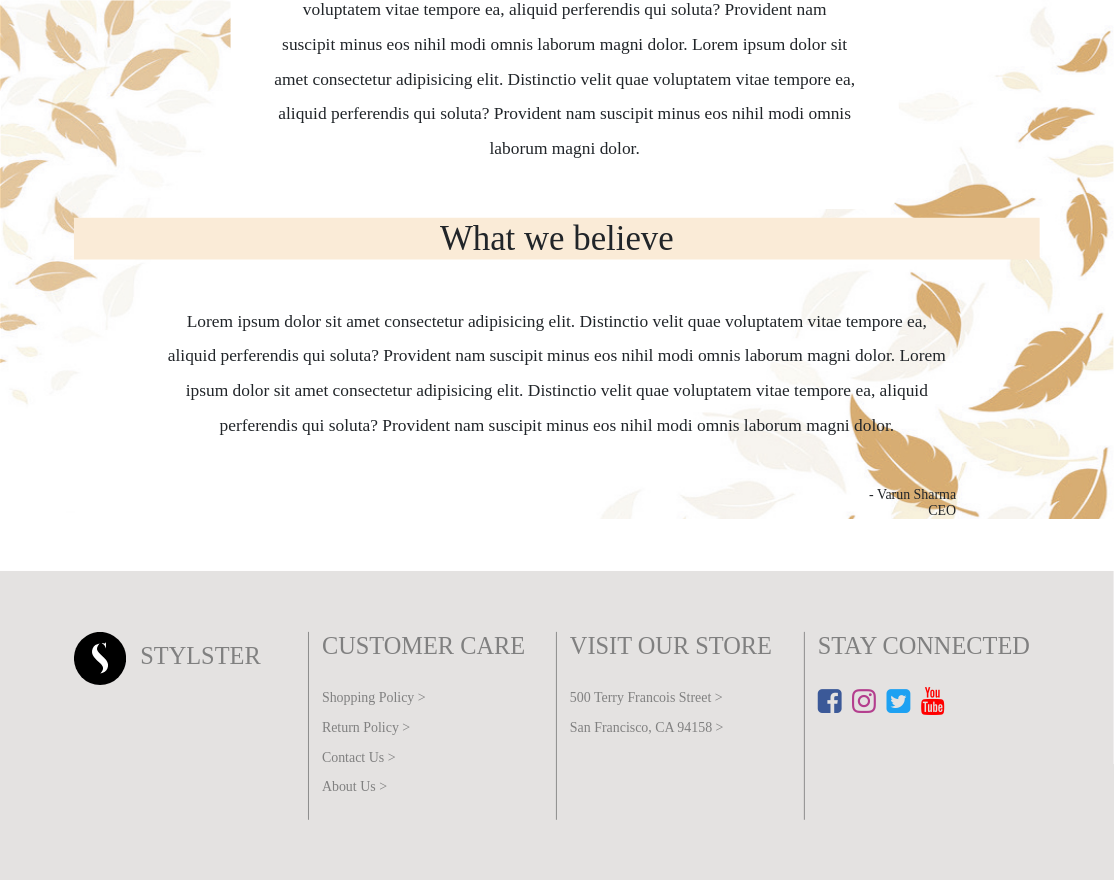
Repository: Lovekr/stylester
Page: stylster_frontend_design/career.html
An editor plug-in stored every save of this project. The page is shown before and after the next save, followed by the edit.
The browser window is 1280 px wide. The pictures show the part of the page from y = 875 to 2127 px (the page is 1887 px tall before and 2127 px after), at 87% of full size.
Some web fonts or font styles are not loaded; a fallback is used.

Above is the page before, as saved 2020-02-26 17:37:21.

### stylster_frontend_design/career.html
<!DOCTYPE html>
<html lang="en">
<head>
    <meta charset="UTF-8">
    <meta name="viewport" content="width=device-width, initial-scale=1.0">
    <link rel="stylesheet" href="https://stackpath.bootstrapcdn.com/bootstrap/4.4.1/css/bootstrap.min.css" >
     <link rel="stylesheet" href="./css/owl.carousel.css">
     <link rel="stylesheet" href="./css//owl.theme.default.min.css">
     <link rel="stylesheet" href="https://cdnjs.cloudflare.com/ajax/libs/font-awesome/4.7.0/css/font-awesome.min.css">
    <link rel="stylesheet" href="./css/career.css">

    <title>STYLSTER</title>
</head>
<body>


  <div id="navbar">
    <nav class="navbar navbar-expand-lg navbar-light">
        <img class="pr-3"
        src="./asset/stylster logo1-01.svg"><a class="navbar-brand" href="#">STYLSTER</a>

      <button class="navbar-toggler" type="button" data-toggle="collapse" data-target="#navbarSupportedContent" aria-controls="navbarSupportedContent" aria-expanded="false" aria-label="Toggle navigation">
        <span class="navbar-toggler-icon"></span>
    </button>
        <div class="collapse navbar-collapse" id="navbarSupportedContent">
          <input type="text" placeholder="e.g. T-shirt, Top ...">
          <div class="navbar-manu-inside">
            <a href="#">MEN</a>
            <a href="#">WOMEN</a>
            <a href="#">DEALS</a>
            <a href="#">STYLE PICK</a>
            <a href="#">BLOGGER NETWORK</a>
            <a href="#">ABOUT</a>
          </div>
          <div class="displaynone1000">
            <div>
                <i class="fa fa-facebook-square"></i>
                <i class="fa fa-instagram"></i>
                <i class="fa fa-pinterest-square"></i>
                <i class="fa fa-youtube"></i>
              </div>
              <div class="flexIcon">
                <i class="fa fa-heart border border-dark"></i>
                    <i class="fa fa-user border border-dark"></i>
              </div>
          </div>
        </div>

    </nav>
    <div class="navbar-manu">
      <a href="#">MEN</a>
      <a href="#">WOMEN</a>
      <a href="#">DEALS</a>
      <a href="#">STYLE PICK</a>
      <a href="#">BLOGGER NETWORK</a>
      <a href="#">ABOUT</a>
    </div>
</div>
<div class="container mt-5 interested text-center">
  <div class="flex1">
       <h4 class="mr-3 pb-2">I'm Interested in </h4>
       <select class="mr-3 mb-2 form-control" id="exampleFormControlSelect1">
           <option>Choose your category </option>
           <option>2</option>
           <option>3</option>
           <option>4</option>
           <option>5</option>
       </select>
       <div>
           <button type="button" class="btn">GO</button>
       </div>
  </div>
</div>
    <div class="main-header bgOffice">
        <h1 class="career-header">Join Stylster...</h1>
    </div>


     <div class="container-fluid backgroundimg">
           <div class="career-sub-text">
                <p >Lorem ipsum dolor sit amet consectetur adipisicing elit. Distinctio velit quae voluptatem vitae tempore ea, aliquid perferendis qui soluta? Provident nam suscipit minus eos nihil modi omnis laborum magni dolor. Lorem ipsum dolor sit amet consectetur adipisicing elit. Distinctio velit quae voluptatem vitae tempore ea, aliquid perferendis qui soluta? Provident nam suscipit minus eos nihil modi omnis laborum magni dolor.</p>
            </div>
            <div class="text-center career-head-believe container">
                <h1>What we believe</h1>
                <p>Lorem ipsum dolor sit amet consectetur adipisicing elit. Distinctio velit quae voluptatem vitae tempore ea, aliquid perferendis qui soluta? Provident nam suscipit minus eos nihil modi omnis laborum magni dolor. Lorem ipsum dolor sit amet consectetur adipisicing elit. Distinctio velit quae voluptatem vitae tempore ea, aliquid perferendis qui soluta? Provident nam suscipit minus eos nihil modi omnis laborum magni dolor.</p>
               <div class="text-right mr-5 pr-5">
                <h6>- Varun Sharma </h6>
                <h6 class="">CEO</h6>
               </div>
            </div>
        </div>


        <div id="footer" class="container-fluid">
          <div class="row">
              <div class="col-xs-12 col-sm-6 col-md-3 rline">
                <h3 class="footer-stylster"><img class="pr-3" src="./asset/stylster logo1-01.svg">STYLSTER</h1>


              </div>
              <div class="col-xs-12 col-sm-6 col-md-3 rline rline3">
                  <h3>CUSTOMER CARE</h3>
                  <ul>
                      <li><a href="#">Shopping Policy ></a></li>
                      <li><a href="#">Return Policy ></a></li>
                      <li><a href="#">Contact Us ></a></li>
                      <li><a href="#">About Us ></a></li>
                  </ul>

              </div>
              <div class="col-xs-12 col-sm-6 col-md-3 rline">
                  <h3>VISIT OUR STORE</h3>
                  <ul>
                      <li><a href="#">500 Terry Francois Street ></a></li>
                      <li><a href="#">San Francisco, CA 94158 ></a></li>

                  </ul>
              </div>
              <div class="col-xs-12 col-sm-6 col-md-3 rline2">
                  <h3>STAY CONNECTED</h3>
                  <div class="mt-4">
                      <a href="#"><i class="fa fa-facebook-square fa-2x pr-2"></i></a>
                      <a href="#"><i class="fa fa-instagram fa-2x pr-2"></i></a>
                      <a href="#"><i class="fa fa-twitter-square fa-2x pr-2"></i></a>
                      <a href="#"><i class="fa fa-youtube fa-2x "></i></a>

                  </div>
              </div>
          </div>
        </div>


<script src="https://code.jquery.com/jquery-3.4.1.slim.min.js" ></script>
<script src="https://cdn.jsdelivr.net/npm/popper.js@1.16.0/dist/umd/popper.min.js" ></script>
<script src="https://stackpath.bootstrapcdn.com/bootstrap/4.4.1/js/bootstrap.min.js" ></script>

</body>
</html>

### stylster_frontend_design/css/career.css
@import url('https://fonts.googleapis.com/css?family=Allerta+Stencil&display=swap');
html *
{
    font-family: 'Allerta Stencil';

}
*{
    margin: 0;
    padding: 0;
}
h1,h2,h3,h4,h5,h6,p{
    padding: 0px;
    margin: 0px;
}
.backgroundimg {
    background: url("../asset/brown\ leaf-01.svg");
    background-size: cover;
    width: 100%;
}

/* navbar */


#navbar{
    background-color: rgb(218, 214, 214) !important;
}
#navbar .navbar-brand{
    font-size: 40px;
    font-weight: 500;
}
#navbar i{
    margin-right: 10px;
    font-size: 20px;
}

#navbar .nav-link{
    color: black;
    margin:0px 20px 0px 20px;
    text-decoration: underline;
    font-weight: 500;
}

.flexIcon{
    display: flex;
    justify-content: center;
    width: 100%;
}
.flexIcon i{

   width: 30px;
   padding: 3px  7px;
   height: 25px;
}

#navbar input{
    width: 65%;
    margin:auto 200px auto 30px;
     outline: 0;
    border-width: 0 0 2px;
    border-color: rgb(179, 174, 174);
    background-color: rgb(218, 214, 214) !important;

}
#navbar input:focus {
    border-color: black
  }
  #navbar input::placeholder{
      padding-left: 10px;
  }

.navbar-manu{
    display: flex;
    justify-content: center;
}
.navbar-manu a{
    margin: 10px 50px;
}
.navbar-manu a{
    color: black !important;
   font-weight: 500;
}
.navbar-manu a:hover{
    text-decoration: underline;
}
.fa-facebook-square {
    color: #3b5998;
  }
.fa-instagram {
    color: #B43E8E;
}
.fa-pinterest-square {
    color: #bd081c;
}
.fa-youtube {
      color: #FF0000;
}
.fa-twitter-square {
    color: #1da1f2;
}
::placeholder {
    color:white !important;
}
@media only screen and (min-width: 1000px){
    .navbar-manu-inside{
        display: none;
    }
}

@media only screen and (max-width: 1000px){
    .displaynone1000{
        display: none;
    }
    .navbar-manu{
        display: none;

    }

    .navbar-manu-inside {
        display: flex;
        flex-direction: column;
        margin: 20px 0px 20px 30px;
        padding: 20px 0px;
    }

    .navbar-manu-inside a{
            margin: 10px 0px;
            color: black !important;
            font-weight: 500;
    }

}
@media only screen and (max-width: 1024px){
    #navbar input {
    width: 50%;
    }
    .navbar-manu a {
        margin: 10px 20px;
    }
}

@media only screen and (max-width: 770px){
    #navbar input {
        width: 70%;
    }
}

@media only screen and (max-width: 450px){
    #navbar input {
        width: 100%;
        margin:auto;
        margin-top: 15px;
    }
}











  /* main header */

  .bgOffice{
      background: url('https://images.unsplash.com/photo-1497366811353-6870744d04b2?ixlib=rb-1.2.1&ixid=eyJhcHBfaWQiOjEyMDd9&auto=format&fit=crop&w=750&q=80');
      background-size: cover;
      width: 100%;
      height: 90vh;
      background-position: center;
      background-repeat: no-repeat;


    }

.bgOffice .career-header{
    position: relative;
    top: 35%;
    width: 900px !important;
    text-align: right;

    font-size: 80px;
    background-color: antiquewhite;
    opacity: .7;
    padding: 3px 20px;
    width: 500px;
}

.career-sub-text{
    background-color: white;
    width: 60vw;
    position: relative;;
   top: -100px;
   left: 20%;
    line-height: 40px;
    padding: 50px;
    width: 100;
    border-radius: 20px;
    align-items: center;
    font-size: 20px;
    text-align: center;
}
.career-head-believe{
    margin-top:-90px !important;
}
.career-head-believe h1{
     background-color: antiquewhite;
     padding: 0px 300px;

}

.career-head-believe p{
    padding: 50px 100px;
    font-size: 20px;
    line-height: 40px;
}
.interested{
    padding: 0px 150px;

}
.interested select{
    width: 400px;
}

.interested .form-control{
    color: white;
    background-color: black;
}
.interested .btn{
    background-color: black;
    color: white;
    font-weight: 600;
}
.interested button:hover{
    background-color: rgb(163, 157, 157);
    color: black;
}
.interested .flex1{
    display: flex;
    justify-content: center;
}

/* responsive 1024 */


@media only screen and (max-width: 1100px) {
    #navbar .displaynone1000{
       display: none;
    }
    .bgOffice .career-header {
        width: 730px !important;
    }
    .career-sub-text {
        bottom: -10%;
        font-size: 25px;
    }
    .career-head-believe p{
        font-size: 25px;
    }


}

/* responsive 770 */

@media only screen and (max-width: 770px) {

  .career-head-believe p {
        padding: 50px 100px;
    }

    .career-sub-text {
        width: 80vw;
        left: 10%;
        bottom: -20% !important;
        font-size: 18px;

    }
    .bgOffice .career-header {
        width: 650px !important;
    }
    .career-head-believe{
        margin-top: 300px;
    }
    .career-head-believe h1{
        padding: 0px  100px;
    }
    .career-head-believe p{
        font-size: 18px;
    }
    .interested .flex1{

    }
    .flex1{
        display: flex;
        flex-direction: column;
        justify-content: center;
    }

}


/* footer */


#footer .row{
    padding: 70px;

}

#footer{
    margin-top: 60px;
    background-color: rgb(228, 226, 225);
}
/* .footer-stylster{
    line-height: 0;
} */
#footer ul {
    list-style: none;
}
#footer a,#footer h3{
    color: gray;
}
#footer a:hover{
    color: black;
    font-weight: 500;
}

.rline{
    border-right: 1px solid gray;

}

#footer ul li{
    padding-bottom: 10px;
}
#footer h3{
    margin-bottom: 30px;
}

@media only screen and (max-width: 770px){


    #footer .row {
        padding: 30px;
    }


}

@media only screen and (max-width: 420px){

    .rline{
        border: none;
    }

}


@media only screen and (max-width: 1024px){
    .career-sub-text {
        bottom: -5%;
    }
    .career-sub-text {

        width: 80vw;

        top: -200px;
        left: 10%;

    }
}

/* min 1024 */
@media only screen and (min-width: 1030px) {

    .bgOffice .career-header {
        width: 650px ;
    }
    .career-sub-text {
        bottom: -30%;
    }

}

@media only screen and (max-width: 380px){
    /* .career-sub-text {
        bottom: -20;
    } */
}
/* max 400 */
@media only screen and (max-width: 450px){
    .bgOffice .career-header {
        width: 300px !important;
        font-size: 30px;
    }
    .career-head-believe{
        margin-top: -180px !important;
    }
    .interested {
        align-items: center;
    }
    .interested select{
        width: 250px;
        display: flex !important;
        width: 100%;
        justify-content: center;
    }
    .form-control{
        display: none;
    }
    .career-sub-text{
        font-size: 14px;
        line-height: 1.5;
        padding: 20px;
        width: 80vw;
        left: 7%;
    }
    .career-head-believe{
         margin-top: 200px;
    }
    .career-head-believe p{
        padding: 50px 20px;
        line-height: 1.5;
        font-size: 14px;
    }
    .career-sub-text {
        bottom: -25%;
    }
    .interested {
        padding: 0px 50px;
    }
    .career-head-believe h1{
        padding: 0px  50px;
        font-size: 30px;
    }
    .interested .btn{
        padding: 0;
    height: 35px;
    width: 50px;
    }


}

/* @media only screen and (max-width: 500px){
    .bgOffice .career-header {
        top: ;
} */

Loaded but not shown: stylster_frontend_design/css/owl.carousel.css (library); stylster_frontend_design/css/owl.theme.default.min.css (common file)

After the next save:
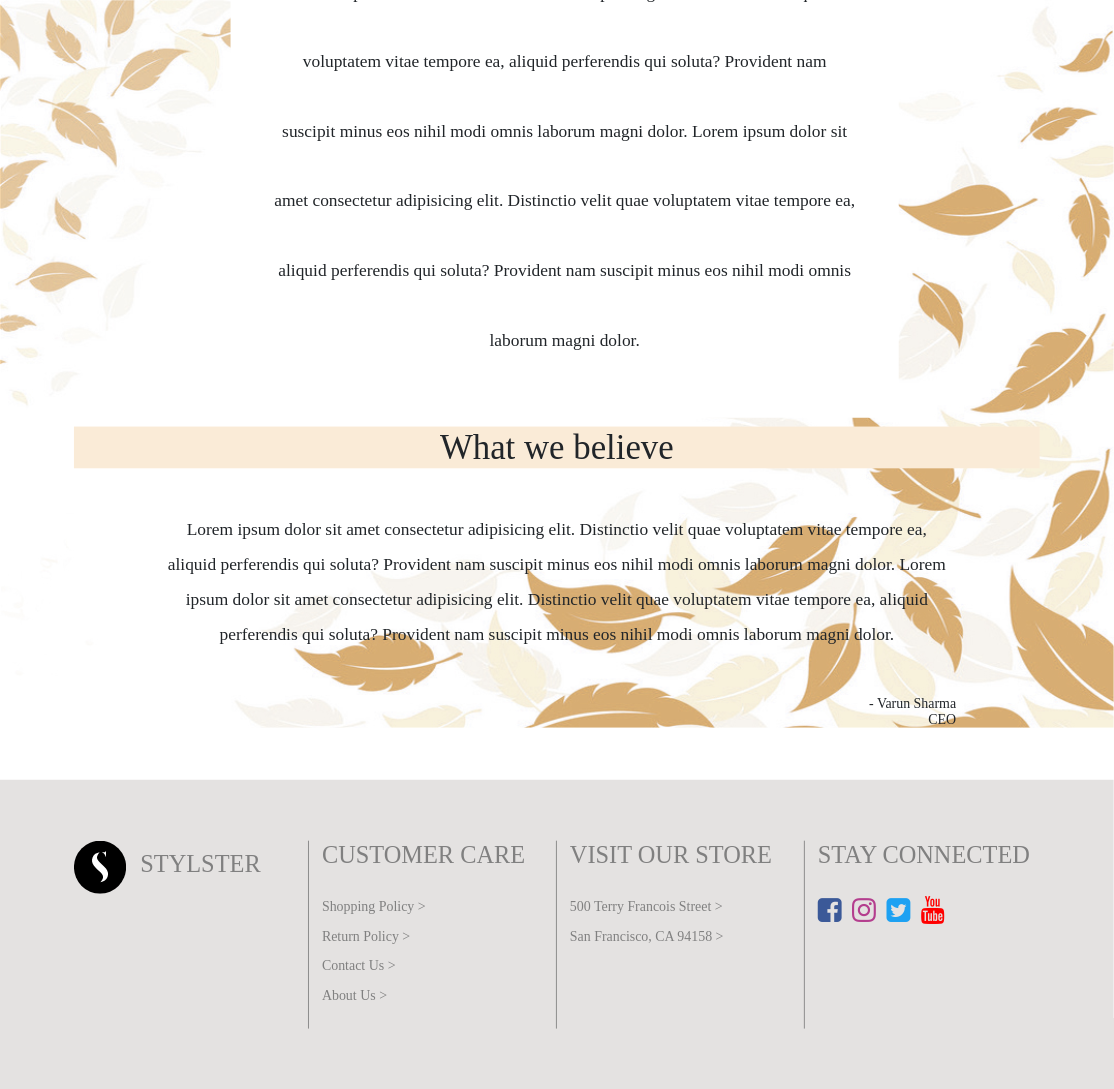
Saved 11 s later.
--- a/stylster_frontend_design/css/career.css
+++ b/stylster_frontend_design/css/career.css
@@ -194,7 +194,7 @@
     position: relative;;
    top: -100px;
    left: 20%;
-    line-height: 40px;
+    line-height: 80px;
     padding: 50px;
     width: 100;
     border-radius: 20px;

After the save that followed:
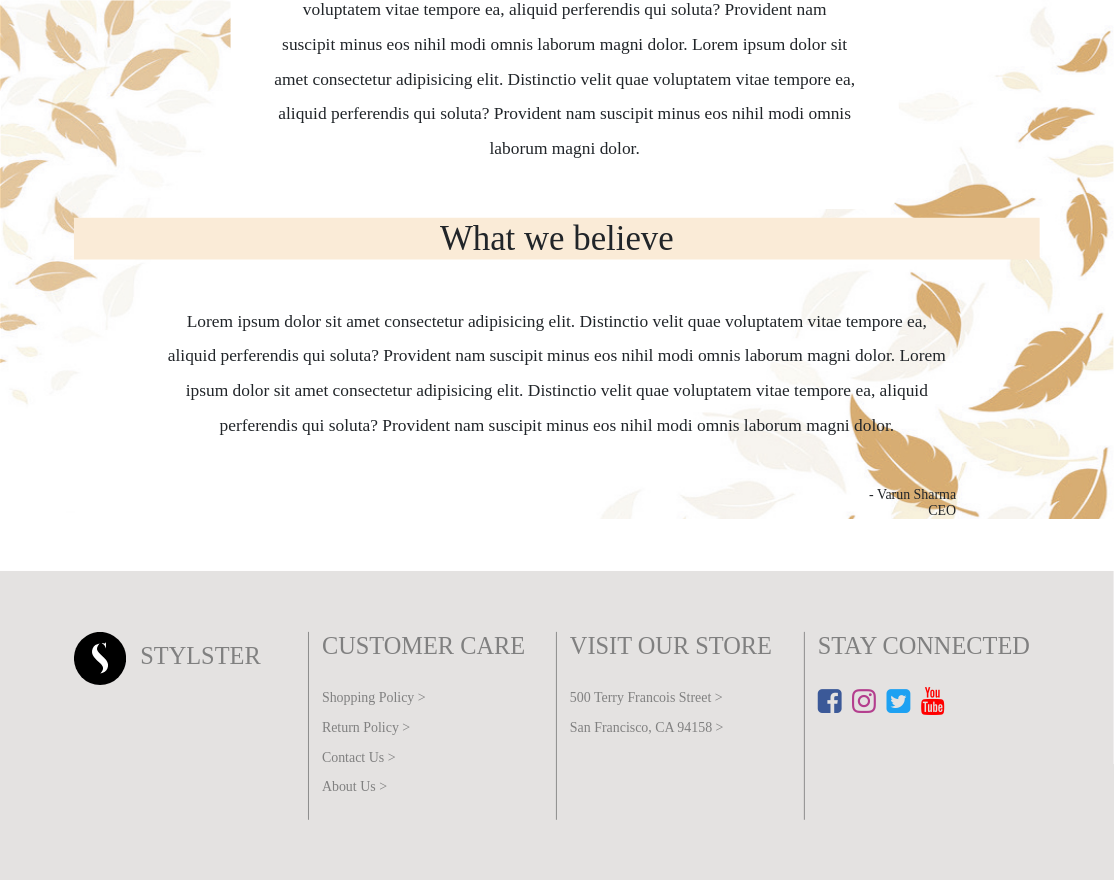
Saved 30 s later.
--- a/stylster_frontend_design/css/career.css
+++ b/stylster_frontend_design/css/career.css
@@ -194,7 +194,7 @@
     position: relative;;
    top: -100px;
    left: 20%;
-    line-height: 80px;
+    line-height: 40px;
     padding: 50px;
     width: 100;
     border-radius: 20px;
